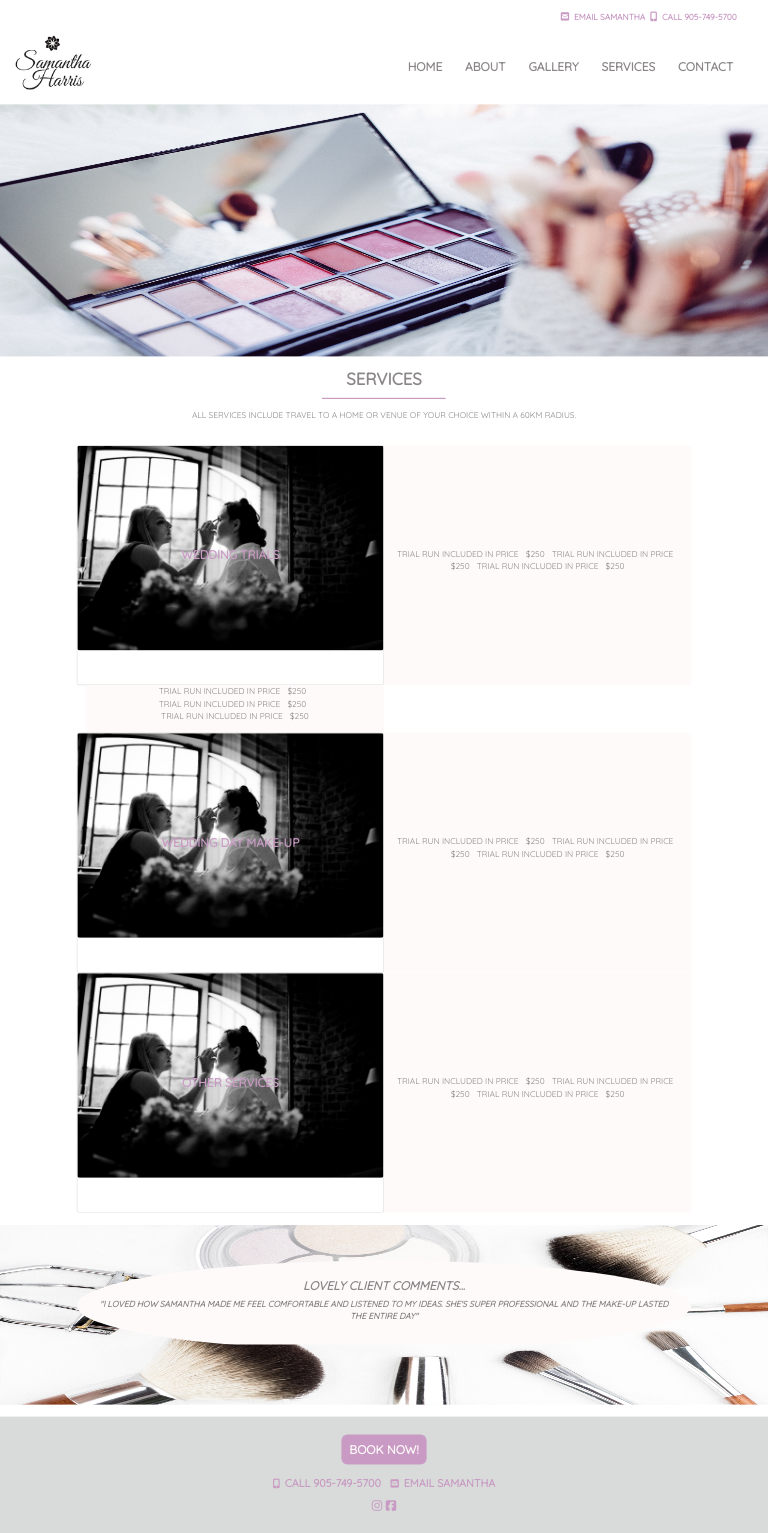
Repository: JayneyNix/milestone-1-UCFD
Page: services.html
The author's editor kept a record of every edit. The page is drawn from the files as they stood at one moment, then again after the next edit.
The browser window is 1280 px wide. The pictures show the whole page, at 60% of full size.
Some web libraries are served in a nearby version.

Above is the page before.

### services.html
<!DOCTYPE html>
<html lang="en">

<head>
    <meta charset="UTF-8">
    <meta name="viewport" content="width=device-width, initial-scale=1.0">
    <meta http-equiv="X-UA-Compatible" content="ie=edge">
    <title>Services | Professional Bridal Make-Up | Samantha Harris</title>
    <script src="https://code.jquery.com/jquery-3.3.1.slim.min.js" integrity="sha384-q8i/X+965DzO0rT7abK41JStQIAqVgRVzpbzo5smXKp4YfRvH+8abtTE1Pi6jizo" crossorigin="anonymous"></script>
    <link href="https://stackpath.bootstrapcdn.com/bootstrap/4.3.1/css/bootstrap.min.css" rel="stylesheet" integrity="sha384-ggOyR0iXCbMQv3Xipma34MD+dH/1fQ784/j6cY/iJTQUOhcWr7x9JvoRxT2MZw1T" crossorigin="anonymous" type="text/css">
    <link rel="stylesheet" href="https://cdnjs.cloudflare.com/ajax/libs/hover.css/2.3.1/css/hover-min.css" type="text/css">
    <link rel="stylesheet" href="https://fonts.googleapis.com/css?family=Quicksand">
    <script src="https://kit.fontawesome.com/26094534a3.js" crossorigin="anonymous"></script>
    <link rel="stylesheet" href="Assets/style.css" class="text/css">
</head>

<body>
     <!--Navigation-->

    <div class="fixed-header d-flex flex-row-reverse mt-2 pr-5 align-items-center">
        <div class="p-1 call-text mt-2">
            <a class="call-header" href="tel:905-749-5700" target="-blank">
                <h5 class="h5 headings"><span class="number">Call 905-749-5700</span></h5>
            </a>
        </div>
        <div class="p-1 call-icon"><a class="call-header" href="tel:905-749-5700" target="-blank"><i class="fas fa-mobile-alt" aria-hidden="true"></i></a>
        </div>
        <div class="p-1 email-text mt-2">
            <a class="email-header" href="mailto:bookings@samanthaharris.ca" target="-blank">
                <span class="call"><h5 class="h5 headings">Email Samantha</h5></span>
            </a>
        </div>
        <div class="p-1 email-icon"><a class="email-header" href="mailto:bookings@samanthaharris.ca" target="-blank"><i class="fas fa-envelope-square" aria-hidden="true"></i></a>
        </div>
    </div>


<div class="container-fluid nav-container no-padding" role="navigation">
        <nav class="navbar navbar-light navbar-expand-lg">

            <a class="navbar-brand" href="index.html">
                <img src="Assets/logo.png" class="d-inline-block align-top"
      alt="samantha-harris-logo"/>
      </a>

            <button class="navbar-toggler ml-auto" type="button" data-toggle="collapse" data-target="#navbarNavDropdown" aria-controls="navbarNavDropdown" aria-expanded="false" aria-label="Toggle navigation">
          <span class="navbar-toggler-icon"></span>
      </button>
            <div class="collapse navbar-collapse" id="navbarNavDropdown">
                <ul class="navbar-nav navbar-default ml-auto">
                    <li class="nav-item">
                        <a class="nav-link active" href="index.html">Home</a>
                    </li>
                    <li class="nav-item">
                        <a class="nav-link" href="about.html">About</a>
                    </li>
                    <li class="nav-item">
                        <a class="nav-link" href="gallery.html">Gallery</a>
                    </li>
                    <li class="nav-item">
                        <a class="nav-link" href="services.html">Services</a>
                    </li>
                    <li class="nav-item last">
                        <a class="nav-link" href="contact.html">Contact</a>
                    </li>
                </ul><br>
            </div>
        </nav>
    </div>

    <!--Navigation-->

    <!--Introduction-->

    <div class="container-fluid services-main-banner no-padding">
        <div class="row no-gutters">
            <div class="col-sm-12">
                <img src="Assets/make-up-palette.jpg" class="img-fluid services-image w-100" alt="about-page-banner-image" />

            </div>
        </div>
    </div>

    <div class="container-fluid intro-section no-padding text-center">
        <div class="row no-gutters">
            <div class="col-sm-12 col-md-12-offset-3">
                <h1 class="h1 headings">Services</h1>
                <hr class="line">
                <p class="p headings">All services include travel to a home or venue of your choice within a 60km radius.</p><br>
            </div>

        </div>

    </div>

    <!--Introduction-->

    <!--Services Section-->

    <div class="container services-container text-center">
    <div class="row pricing-row d-flex justify-content-center no-gutter">
              <div class="card services-heading col-md-6 d-flex align-content-center flex-wrap">
              <img class="card-img img-fluid" src="Assets/make-up-artist-and-bride-facing-eachother.jpg">
                <div class="card-img-overlay">
                <h2 class="card-title h2 headings">Wedding Trials</h2>
                    </div>
            </div>

           <div class="services-text col-md-6 col-sm-order-2 d-flex align-content-center flex-wrap">
                <ul class="list-inline p headings">
                    <li class="list-inline-item">Trial Run included in price</li>
                    <li class="list-inline-item">$250</li>
                    <li class="list-inline-item">Trial Run included in price</li>
                    <li class="list-inline-item">$250</li>
                    <li class="list-inline-item">Trial Run included in price</li>
                    <li class="list-inline-item">$250</li>

            </div>
        </div>

       <div class="services-text col-md-6 d-flex align-content-center flex-wrap">
                <ul class="list-inline p headings">
                    <li class="list-inline-item">Trial Run included in price</li>
                    <li class="list-inline-item">$250</li>
                    <li class="list-inline-item">Trial Run included in price</li>
                    <li class="list-inline-item">$250</li>
                    <li class="list-inline-item">Trial Run included in price</li>
                    <li class="list-inline-item">$250</li>
            </div>


    <div class="row pricing-row d-flex justify-content-center no-gutter">
          <div class="card services-heading col-md-6 d-flex align-content-center flex-wrap">
              <img class="card-img img-fluid" src="Assets/make-up-artist-and-bride-facing-eachother.jpg">
                <div class="card-img-overlay">
                <h2 class="card-title h2 headings">Wedding Day Make-Up</h2>
                    </div>
            </div>
              <div class="services-text col-md-6 d-flex align-content-center flex-wrap">
                <ul class="list-inline p headings">
                    <li class="list-inline-item">Trial Run included in price</li>
                    <li class="list-inline-item">$250</li>
                    <li class="list-inline-item">Trial Run included in price</li>
                    <li class="list-inline-item">$250</li>
                    <li class="list-inline-item">Trial Run included in price</li>
                    <li class="list-inline-item">$250</li>
            </div>

        </div>


    <div class="row pricing-row d-flex justify-content-center no-gutter">
             <div class="card services-heading col-md-6 d-flex align-content-center flex-wrap">
              <img class="card-img img-fluid" src="Assets/make-up-artist-and-bride-facing-eachother.jpg">
                <div class="card-img-overlay">
                <h2 class="card-title h2 headings">Other Services</h2>
                    </div>
            </div>

          <div class="services-text col-md-6 d-flex align-content-center flex-wrap">
                <ul class="list-inline p headings">
                    <li class="list-inline-item">Trial Run included in price</li>
                    <li class="list-inline-item">$250</li>
                    <li class="list-inline-item">Trial Run included in price</li>
                    <li class="list-inline-item">$250</li>
                    <li class="list-inline-item">Trial Run included in price</li>
                    <li class="list-inline-item">$250</li>
            </div>
        </div>

        </div>
 <!--Testimonials-->

    <div id="testimonial-carousel" class="carousel slide d-none d-md-block" data-ride="carousel">
        <div class="carousel-inner">
            <div class="carousel-item active">
                <img class="carousel-image d-block w-100" src="Assets/cosmetic-brushes.png" alt="Slide-One">
                <div class="carousel-caption d-none d-md-block height-auto">
                    <div class="box">
                        <h2 class="h2 headings carousel-heading align-items-center justify-content-center">Lovely client comments...</h2>
                            <p class="p headings carousel-text">"Sam was awesome from the moment I met her I knew I didn't want anyone else to do my make-up! I felt so confident and beautiful but still like me"
                            </p>
                    </div>
                </div>
            </div>

            <div class="carousel-item">
                <img class="carousel-image d-block w-100" src="Assets/cosmetic-brushes.png" alt="Slide-Two">
                <div class="carousel-caption d-none d-md-block">
                    <div class="box">
                        <h2 class="h2 headings carousel-heading align-items-center justify-content-center">Lovely client comments...</h2>
                            <p class="p headings carousel-text">"I loved how Samantha made me feel comfortable and listened to my ideas. She's super professional and the make-up lasted the entire day"
                            </p>
                    </div>
                </div>
            </div>
            <div class="carousel-item">
                <img class="carousel-image d-block w-100" src="Assets/cosmetic-brushes.png" alt="Slide-Three">
                <div class="carousel-caption d-none d-md-block">
                    <div class="box">
                        <h2 class="h2 headings carousel-heading align-items-center justify-content-center">Lovely client comments...</h2>
                            <p class="p headings carousel-text">"I was looking for someone who uses natural products and the latest techniques and Samantha was knowledgeable, experienced and wasn't flustered with our party of 7!"
                            </p>
                    </div>
                </div>
            </div>
        </div>
    </div>

    <!--Testimonials-->

    <!--Footer-->

    <footer class="container-fluid footer-container no-padding">

        <div id="footer" class="row">
            <div class="col-sm-12">
                <div class="action">
                    <btn class="footer-button">
                        <a class="contact-link" href="contact.html">
                            <h2 class="h2 headings footer-items">BOOK NOW!</h2>
                        </a>
                    </btn>
                </div>

                <div class="d-flex flex-row justify-content-center mt-3">

                    <div class="p-1 call-icon"><a class="call-header" href="tel:905-749-5700" target="-blank"><i class="fas fa-mobile-alt" aria-hidden="true"></i></a>
                    </div>
                    <div class="p-1 call-text mr-2">
                        <a class="call-contact" href="tel:905-749-5700" target="-blank">
                            <h3 class="h3 headings">Call 905-749-5700</h3>
                        </a>
                    </div>
                    <div class="p-1 email icon"><a class="email-header" href="mailto:bookings@samanthaharris.ca" target="-blank"><i class="fas fa-envelope-square" aria-hidden="true"></i></a>
                    </div>
                    <div class="p-1 email-text">
                        <a class="email-contact" href="mailto:bookings@samanthaharris.ca" target="-blank">
                            <h3 class="h3 headings">Email Samantha</h3>
                        </a>
                    </div>
                </div>

                <div class="col-sm-12">
                    <div class="social"></div>
                    <a class="insta" href="https://www.instagram.com" target="-blank"><i class="fab fa-instagram" aria-hidden="true"></i>
                    </a>
                    <a class="facebook" href="https://www.facebook.com" target="-blank"><i class="fab fa-facebook-square" aria-hidden="true"></i></a>
                </div>
            </div>
        </div>
    </footer>

    <!--Footer-->
<script src="https://cdnjs.cloudflare.com/ajax/libs/jquery/3.4.1/jquery.slim.min.js"></script>
<script src="https://cdnjs.cloudflare.com/ajax/libs/popper.js/1.15.0/umd/popper.min.js"></script>
<script src="https://cdnjs.cloudflare.com/ajax/libs/twitter-bootstrap/4.3.1/js/bootstrap.min.js"></script>
</body>

</html>

### Assets/style.css
/*Typography*/

.headings {

    font-family: Quicksand, sans-serif;
    text-transform: uppercase;
    font-weight: bold;
}

.h1 {
    font-size: 28px;
    color: #8a8689;
    font-weight: bold;
}

.h2 {
    font-size: 20px;
    font-weight: bold;
}

.h3 {
    font-size: 18px;
    color: #8a8689;
}

.h4 {
    font-size: 16px;
}

.h5 {
    font-size: 14px;
    color: #8a8689;
}

.p {
    font-size: 14px;
    color: #8a8689;
    font-weight: normal;
}

.line {
    border-style: solid;
    border-width: 1px;
    border-color: #c99bc4;
    width:20%;
    background-position: center;
    background-repeat: no-repeat;
}

/*Typography*/


/*Contact Header*/

.p-1 .email-header {
    color: #c99bc4;
    text-decoration: none;
}

.p-1 .call-header {
    color: #c99bc4;
    text-decoration: none;
}

.p-1 .email-header:hover {
    color: #8a8689;
}

.p-1 .call-header:hover {
    color: #8a8689;
}

.p-1 .h5 {
    color: #c99bc4;
}

.p-1 .h5:hover {
    color: #8a8689;
}

/*Contact Header*/


/*--Navigation--*/

.nav-container {
    padding-right: 20px;
    padding-left: 0;
}

.navbar {
    background-color: #fff;
    padding: 0;
}

.navbar-brand {
    padding-left: 20px;
    padding-bottom: 20px;
    background-size: cover;
    width: 150;
    height: 150;
}

.navbar-nav {
    padding-right: 30px;
}

.nav-item {
    padding: 20;
}

.nav-link {
    font-family: "Quicksand", sans-serif;
    font-size: 20px;
    font-weight: bold;
    text-decoration: none;
    text-transform: uppercase;
    color: #8a8689!important;
    vertical-align: middle;
    padding-left: 30px!important;
}

.nav-link:hover {
    color: #c99bc4!important;
    transform: scale(1.25);
    transition: ease-in-out;
    transition-duration: 0.3s;
}

.navbar-light .navbar-toggler {
    padding-right: 30px;
    border: 0;
    font-weight: bold;
}

  .navbar-toggler:focus, .navbar-toggler:active {
    outline: none;
    box-shadow: none;
    color: #c99bc4;
  }

@media (max-width: 992px) {
    #navbarNavDropdown {
        text-align: center;
    }
}

/*--Navigation--*/


/*--Footer*/

.container-fluid .footer-container {
    display: inline-block;
    font-size: 0;
}

#footer {
    background-color: #d9dbda;
    text-align: center;
    padding-top: 30px;
    padding-bottom: 30px;
}

.footer-button {
    position: relative;
    display: inline-block;
    font-family: "Quicksand", sans-serif;
    font-size: 20px;
    font-weight: bolder;
    text-transform: uppercase;
    vertical-align: middle;
    border: 3px solid #c99bc4;
    border-radius: 10px;
    padding: 10px;
    text-align: center;
    background-color: #c99bc4;
}

.footer-button .contact-link {
    text-decoration: none;
}

.footer-items {
    color: #fffafa;
    font-weight: bold;
    vertical-align: middle;
    margin: 0;
}

.footer-items:hover {
    color: #8a8689;
    transform: scale(1.1);
    transition: ease-in-out;
    transition-duration: 0.5s;
}

.call-contact .h3 {
    color: #c99bc4;
    text-decoration: none;
}

.a .call-contact {
    text-decoration: none;
}

.email-contact .h3 {
    color: #c99bc4;
    text-decoration: none;
}

.a .email-contact {
    text-decoration: none;
}

.call-contact .h3:hover {
    color: #8a8689;
}

.email-contact .h3:hover {
    color: #8a8689;
}

.insta {
    color: #c99bc4;
    font-size: 20px;
}

.facebook {
    color: #c99bc4;
    font-size: 20px;
}

.insta:hover {
    color: #8a8689;
    text-decoration: none;
}

.facebook:hover {
    color: #8a8689;
    text-decoration: none;
}

/*--Footer*/


/*--Homepage Section 1 - Banner & Intro*/

.home-main-banner {
    max-width: 100%;
    height: 100%;
    padding: 0px 0px 20px;
    margin: 0;
    font-size: 0;
}

#home-main-intro {
    padding: 0;
    margin: 0;
}

.intro-section {
    padding: 0;
    width: 80%;
}

/*--End Homepage Section 1 - Banner & Intro*/


/*--Homepage Section 2 - Testimonials*/

#testimonial-carousel {
    display: block;
    padding: 0;
    font-size: 0;
    margin-bottom: 20px;
    height: 300px;
}

.carousel-image {
    height: 300px;
}

.carousel-caption {
    position: absolute;
    left: 50%;
    top: 40%;
    transform: translate(-50%, -50%);
    overflow: hidden;
    width: 80%;
}

.carousel-heading {
    color: #8a8689;
    font-style: italic;
    font-weight: bolder;
}

.carousel-text {
    font-style: italic;
    font-weight: bolder;
}

.box {
    border: 0px transparent;
    border-radius: 50%;
    background-color: #fffafa;
    padding: 30px;
}

/*--End Homepage Section 2 - Testimonials*/


/*--Gallery--*/

.gallery-container {
    padding-bottom: 20px;
}

/*--End Gallery--*/


/*--Contact Page--*/

.contact-main-banner {
    max-width: 100%;
    padding: 0px 0px 20px;
    margin: 0;
    font-size: 0;
}

.contact-image {
    height: 420px;
}

.contact-intro {
    padding: 0;
    margin: 0;
}

.contact-container {
    width: 100%;
    padding-bottom: 20px;
    margin: 20px 0px;
    padding-left: 0;
    padding-right: 0;
    vertical-align: middle;
    background-color: #fffafa;
}

.row-top {
    padding-top: 40px;
}

.row-second-section  {
    padding-top: 20px;
}

.row-bottom {
    padding-top:20px;
}

.send-btn {
    vertical-align: middle;
    border: 3px solid #c99bc4;
    border-radius: 10px;
    padding: 10px;
    text-align: center;
    background-color: #c99bc4;
    color: #fffafa;
    font-weight: bolder;
}

.send-btn:hover {
    color: #8a8689;
    transform: scale(1.1);
    transition: ease-in-out;
    transition-duration: 0.5s;
}

.form-control::placeholder {
    font-family: Quicksand, 'sans-serif';
    font-size: 14px;
    font-style: italic;
    font-weight: bold;
    text-transform: uppercase;
    color:#8a8689;
}

::-webkit-datetime-edit-text {
    color: #8a8689;
    padding: 0 0.3em;
    text-transform: uppercase;
    font-family: Quicksand, 'sans-serif';
    font-size: 14px;
    font-style: italic;
    font-weight: bold;
    }

/*--End Contact Page--*/


/*--About Page--*/

.about-main-banner {
    max-width: 100%;
    padding: 0px 0px 20px;
    margin: 0;
    font-size: 0;
}

.about-image {
    height: 420px;
}

.about-container {
    margin-bottom: 20px;
}

.about-text {
    margin-right: 10px;
}

.about-heading {
    margin-bottom: 20px;
}

.about-photo {
    display:inline-block;
}

.ul{
    list-style: none;
}

.ul .li:before {

    background-color: #c99bc4;
    border-radius: 50%;
    display: inline-block;
    margin-right: 10px;
    margin-bottom: 2px;
    height: 10px;
    width: 10px;
    content: "\f105";
}

/*--About Page--*/


/*--Services Page--*/

.services-container {

    width: 80%;
    margin-bottom: 20px;
}

.services-main-banner {
    max-width: 100%;
    padding: 0px 0px 20px;
    margin: 0;
    font-size: 0;
}

.services-image {
    height:420px;
}


.services-heading {
    padding:0;
    margin:0;
}

  .category-image {
    width: 100%;
    height:100%;
    z-index: 0;
    opacity: 0.2;
}



.card-img-overlay .card-title {
    font-weight: bolder;
    color: #c99bc4;
    margin-top: 150px;

}

.services-text {
    width:100%;
    background-color: #fffafa;
}


.list-inline {
    text-align: center;
    vertical-align: middle;
}

.pricing-row {
    height:400px;
}

/*--Services Page--*/

After the next edit:
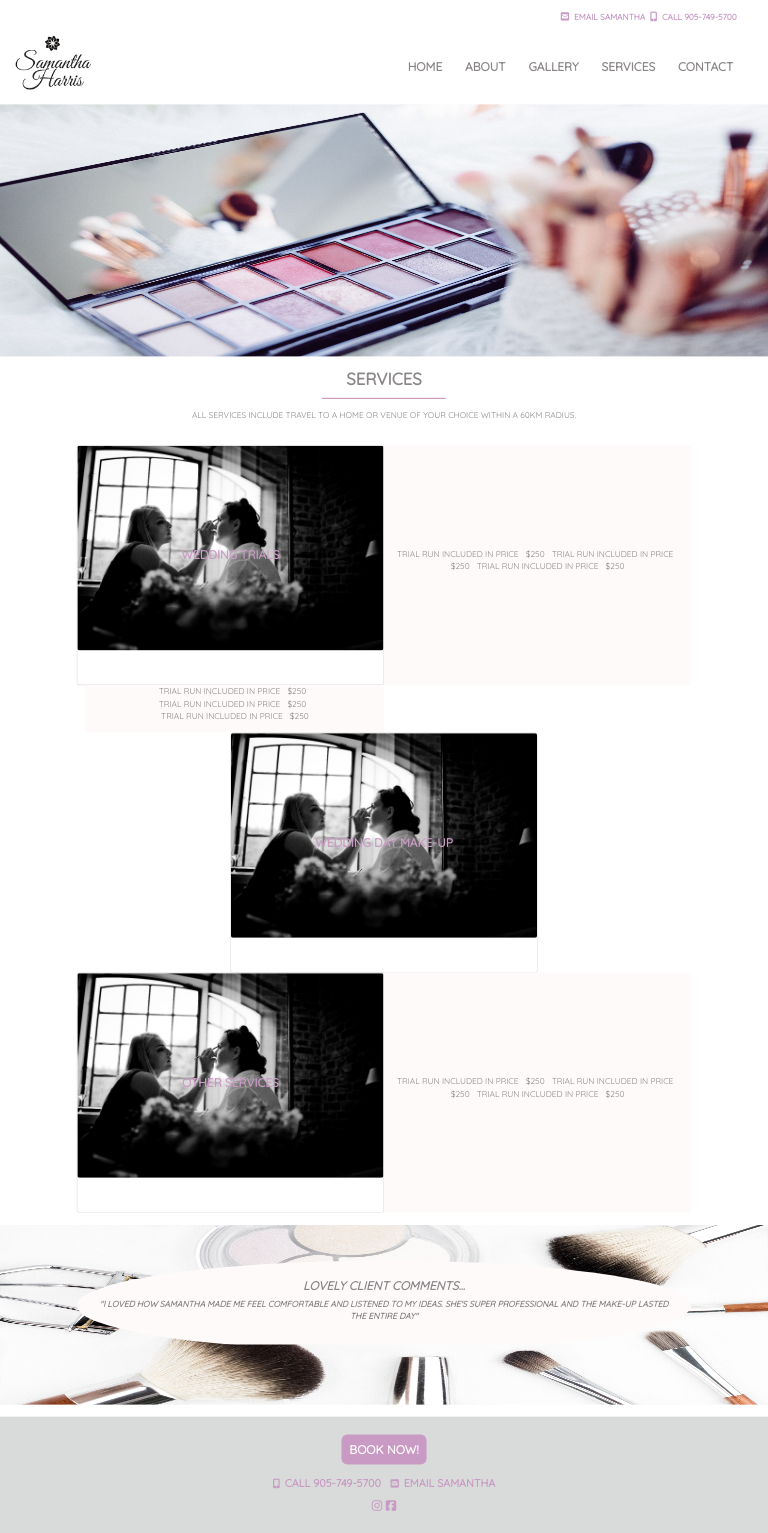
The edit:
--- a/services.html
+++ b/services.html
@@ -136,15 +136,7 @@
                 <h2 class="card-title h2 headings">Wedding Day Make-Up</h2>
                     </div>
             </div>
-              <div class="services-text col-md-6 d-flex align-content-center flex-wrap">
-                <ul class="list-inline p headings">
-                    <li class="list-inline-item">Trial Run included in price</li>
-                    <li class="list-inline-item">$250</li>
-                    <li class="list-inline-item">Trial Run included in price</li>
-                    <li class="list-inline-item">$250</li>
-                    <li class="list-inline-item">Trial Run included in price</li>
-                    <li class="list-inline-item">$250</li>
-            </div>
+
 
         </div>
 
